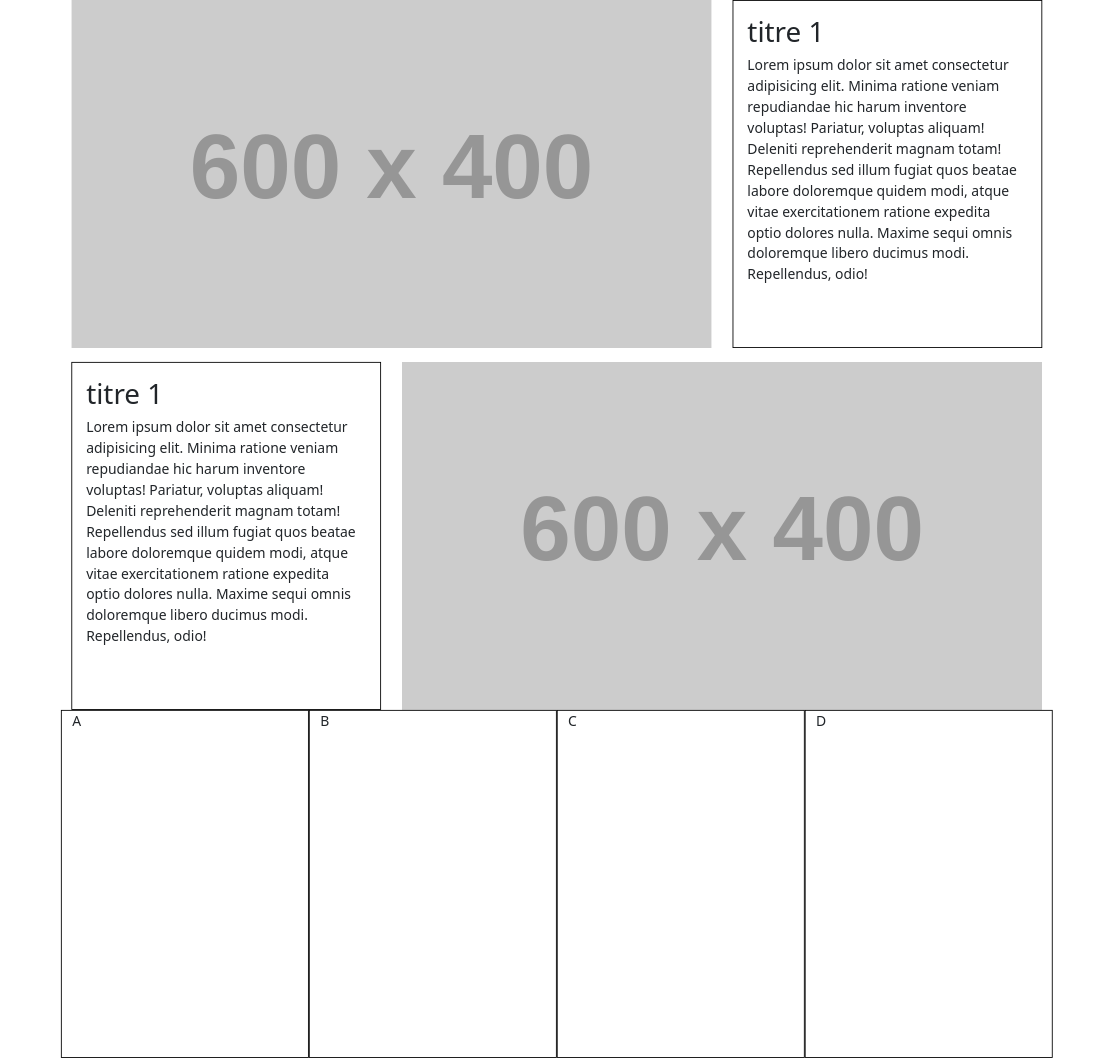
Repository: fbansept/ran3_24_jeu
Page: correction-tp.html
The author's editor kept a copy of each file at every save. The page is drawn from the files as they stood at one save, then again after a run of saves.
The browser window is 1280 px wide. The pictures show the whole page, at 87% of full size.

Above is the page before, as saved 2024-10-22 14:47:26.

After the next 2 saves:
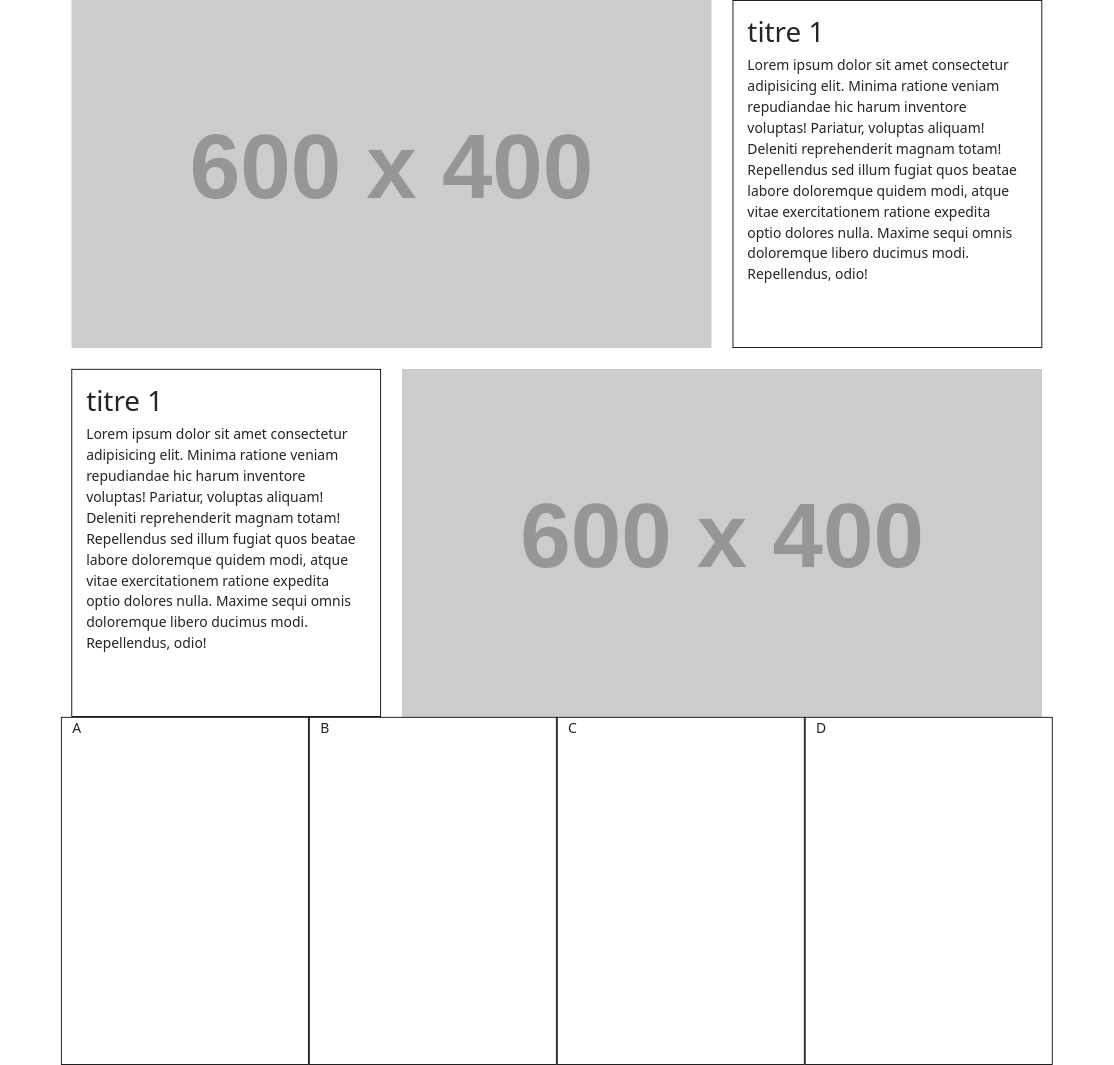
The 2 saves are shown as one change because they came seconds apart.
The last was saved 46 s later.
--- a/correction-tp.html
+++ b/correction-tp.html
@@ -43,7 +43,7 @@
           </div>
         </article>
       </div>
-      <div class="row flex-md-row-reverse mt-3">
+      <div class="row flex-md-row-reverse mt-4">
         <img
           class="col-md-6 col-lg-8"
           src="https://placehold.co/600x400"
